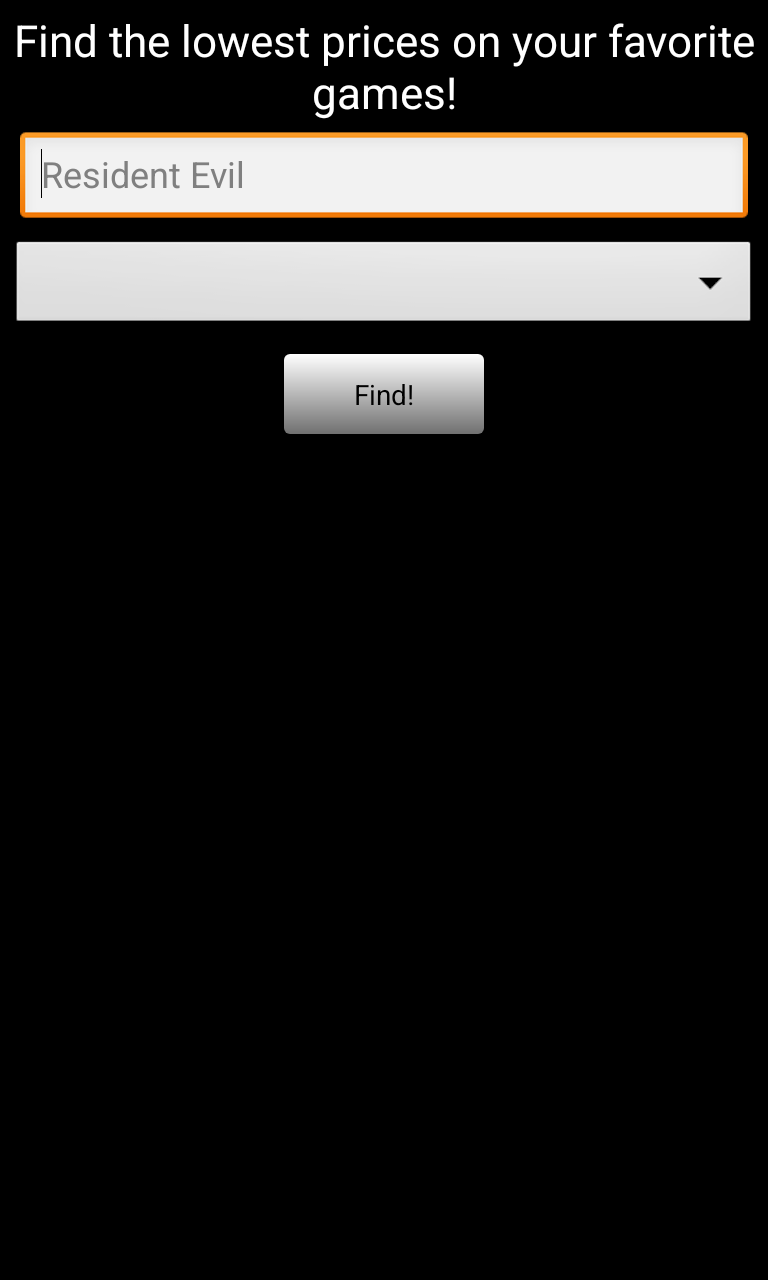
Repository: laurenelder/Java1-GameFinderApplication
Layout: GameFinder/res/layout/activity_main.xml
These files come from the project's save history. The layout is drawn as it stood at one moment and after the next save; the edit follows.
It is drawn on a 768 x 1280 px phone screen (xhdpi) without system bars, with theme android:Theme.Black; the app's code is not run. Lists and similar views that code fills are empty.

Above is the layout before, as saved 2014-06-26 04:42:54.

### GameFinder/res/layout/activity_main.xml
<!-- Name: Devin "Lauren" Elder -->
<!-- Application: Game Finder Application -->
<!-- Date: 6/18/2014 -->
<!-- Class: Java 1 Term 201406 -->
<!-- Assignment: Project 3 -->

<LinearLayout xmlns:android="http://schemas.android.com/apk/res/android"
    xmlns:tools="http://schemas.android.com/tools"
    android:id="@+id/container"
    android:layout_width="fill_parent"
    android:layout_height="wrap_content"
    android:orientation="vertical"
    tools:context="com.example.few.MainActivity"
    tools:ignore="MergeRootFrame" >

    <TextView
        android:id="@+id/introText"
        android:layout_width="wrap_content"
        android:layout_height="wrap_content"
        android:layout_margin="5dp"
        android:layout_gravity="center"
        android:gravity="center"
        android:text="@string/title_string"
        android:textAppearance="?android:attr/textAppearanceLarge" />

    <EditText
        android:id="@+id/gameInput"
        android:layout_width="match_parent"
        android:layout_height="wrap_content"
        android:layout_marginLeft="10dp"
        android:layout_marginRight="10dp"
        android:layout_gravity="center"
        android:hint="@string/game_hint"
        android:ems="10" >

        <requestFocus />
    </EditText>

    <Spinner
        android:id="@+id/storeList"
        android:layout_width="match_parent"
        android:layout_height="wrap_content"
        android:layout_margin="5dp" />

    <Button
        android:id="@+id/findButton"
        android:layout_width="100dp"
        android:layout_height="40dp"
        android:layout_marginTop="5dp"
        android:layout_gravity="center"
        android:background="@drawable/gradient_button"
        android:text="@string/button_string" />





    <ProgressBar
        android:id="@+id/busyAnimation"
        android:layout_width="wrap_content"
        android:layout_height="wrap_content"
        android:layout_gravity="center"
        android:visibility="gone" />

    <ListView
        android:id="@+id/list"
        android:layout_width="match_parent"
        android:layout_height="match_parent"
        android:layout_marginTop="5dp" >
    </ListView>

</LinearLayout>

### GameFinder/res/values/strings.xml
<?xml version="1.0" encoding="utf-8"?>

<!-- Name: Devin "Lauren" Elder -->
<!-- Application: Game Finder Application -->
<!-- Date: 6/18/2014 -->
<!-- Class: Java 1 Term 201406 -->
<!-- Assignment: Project 3 -->

<resources>

    <string name="app_name">Game Finder</string>
    <string name="hello_world">Hello world!</string>
    <string name="action_settings">Settings</string>
    <string name="descriptor">ThumbnailImage</string>
    <string name="title_string">Find the lowest prices on your favorite games!</string>
    <string name="stores">Qualifying Stores</string>
    <string name="button_string">Find!</string>
    <string name="game_hint">Resident Evil</string>
	<string name="store_url">http://www.cheapshark.com/api/1.0/stores</string>
	<string name="game_url">http://www.cheapshark.com/api/1.0/games?title=</string>
	<string name="post_game_url">_limit=5</string>
	<string name="details_url">http://www.cheapshark.com/api/1.0/deals?id=</string>
	<string name="dummy_data">Not Applicable</string>
	<string name="dialog_title">Game Information</string>
	<string name="dialog_button">OK</string>
	<string name="connection_error_title">Connection Error</string>
	<string name="connection_error_message">Error: There is no Internet connection!</string>
	<string name="input_error_title">Input Error</string>
	<string name="input_error_message">Error: Please input game name to search for the best deals</string>

</resources>

### GameFinder/res/drawable/gradient_button.xml
<?xml version="1.0" encoding="utf-8"?>
<shape xmlns:android="http://schemas.android.com/apk/res/android"
    android:shape="rectangle" >

    <gradient
	    android:startColor="@color/grey"
	    android:endColor="@color/white"
	    android:angle="90">
 	</gradient>

    <corners
        android:radius="3dp" >
	</corners>

</shape>

### GameFinder/res/values/colors.xml
<?xml version="1.0" encoding="utf-8"?>
<resources>

  <color name="grey">#707070</color>
  <color name="dark_grey">#404040</color>
  <color name="white">#FFFFFF</color>
  <color name="black">#000000</color>

</resources>

After the next save:
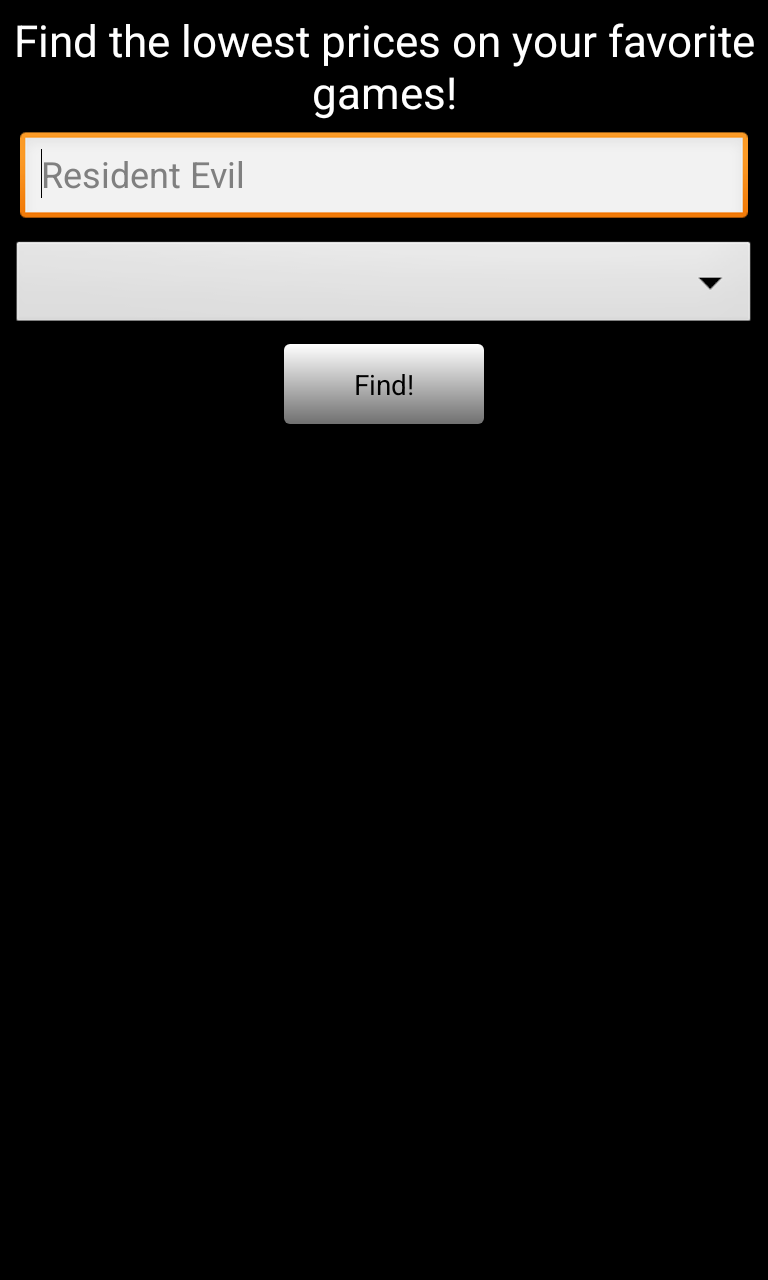
Saved 82 s later.
--- a/GameFinder/res/layout/activity_main.xml
+++ b/GameFinder/res/layout/activity_main.xml
@@ -46,7 +46,7 @@
         android:id="@+id/findButton"
         android:layout_width="100dp"
         android:layout_height="40dp"
-        android:layout_marginTop="5dp"
+        android:layout_marginBottom="5dp"
         android:layout_gravity="center"
         android:background="@drawable/gradient_button"
         android:text="@string/button_string" />
